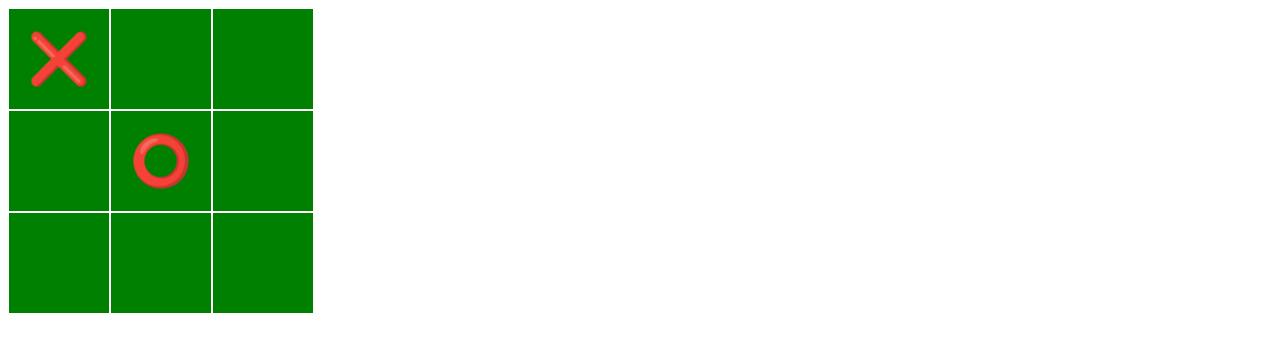
Repository: guchengjie/Frontend-01-Template
Page: week10/code2.html
An editor plug-in stored every save of this project. The page is shown before and after the next save, followed by the edit.
The browser window is 1280 px wide. The pictures show the whole page.

Above is the page before, as saved 2020-06-13 19:43:04.

### week10/code2.html
<!DOCTYPE html>
<html lang="en">

<head>
  <meta charset="UTF-8">
  <meta name="viewport" content="width=device-width, initial-scale=1.0">
  <title>Document</title>
  <style>
    .chessboard {
      width: 400px;
      height: 300px;
    }

    .chessboard .cell {
      background: green;
      width: 100px;
      height: 100px;
      display: inline-block;
      vertical-align: middle;
      line-height: 100px;
      border: 1px solid #fff;
      font-size: 50px;
      text-align: center;
      cursor: pointer;
    }
  </style>
</head>

<body>
  <div id="box" class="chessboard">

  </div>
  <script>
    window.onload = function () {
      // 1 是圆圈  2是红叉
      const chessboard = [
        [2, 0, 0],
        [0, 1, 0],
        [0, 0, 0],
      ];

      show();

      function show() {
        const container = document.getElementById('box');
        chessboard.forEach((item, row) => {
          item.forEach((box, col) => {
            const cell = document.createElement('div');
            cell.classList = 'cell';
            cell.innerHTML =
              box === 1 ? '⭕️' :
              box === 2 ? '❌' :
            '';
            cell.addEventListener('click', () => move(col, row));
            container.appendChild(cell);
          });
        });
      }


    }
  </script>
</body>

</html>

After the next save:
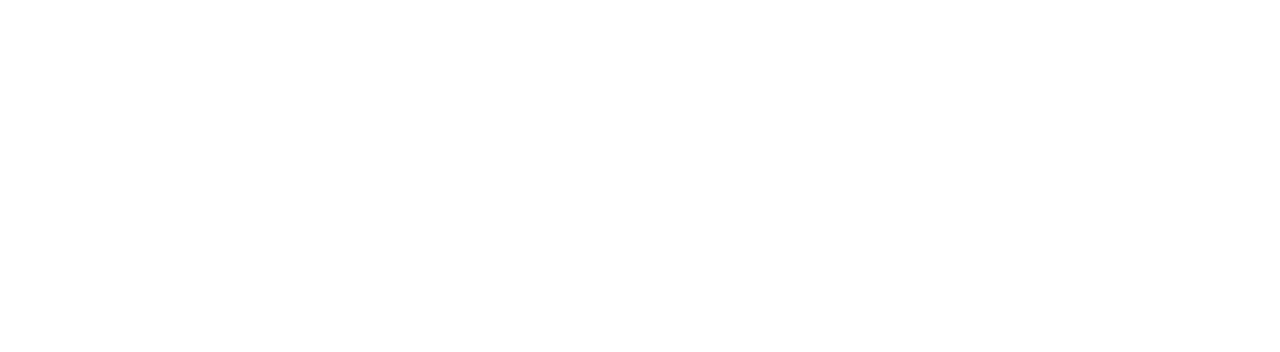
Console error: TypeError: Assignment to constant variable.
Saved 34 s later.
--- a/week10/code2.html
+++ b/week10/code2.html
@@ -43,6 +43,7 @@
 
       function show() {
         const container = document.getElementById('box');
+        container = '';
         chessboard.forEach((item, row) => {
           item.forEach((box, col) => {
             const cell = document.createElement('div');
@@ -57,6 +58,10 @@
         });
       }
 
+      function move() {
+
+      }
+
 
     }
   </script>

After the 4 saves that followed:
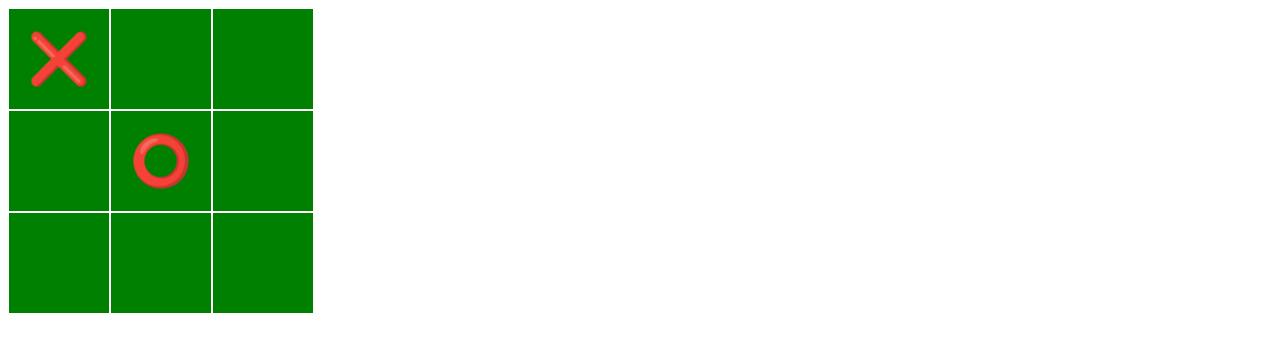
The error is gone.
The 4 saves are shown as one change because 2 left the picture as it was and some came seconds apart.
The last was saved 99 s later.
--- a/week10/code2.html
+++ b/week10/code2.html
@@ -42,8 +42,8 @@
       show();
 
       function show() {
-        const container = document.getElementById('box');
-        container = '';
+        let container = document.getElementById('box');
+        container.innerHTML = '';
         chessboard.forEach((item, row) => {
           item.forEach((box, col) => {
             const cell = document.createElement('div');
@@ -58,11 +58,10 @@
         });
       }
 
-      function move() {
-
+      function move(x, y) {
+        chessboard[x][y] = 1;
+        show();
       }
-
-
     }
   </script>
 </body>
